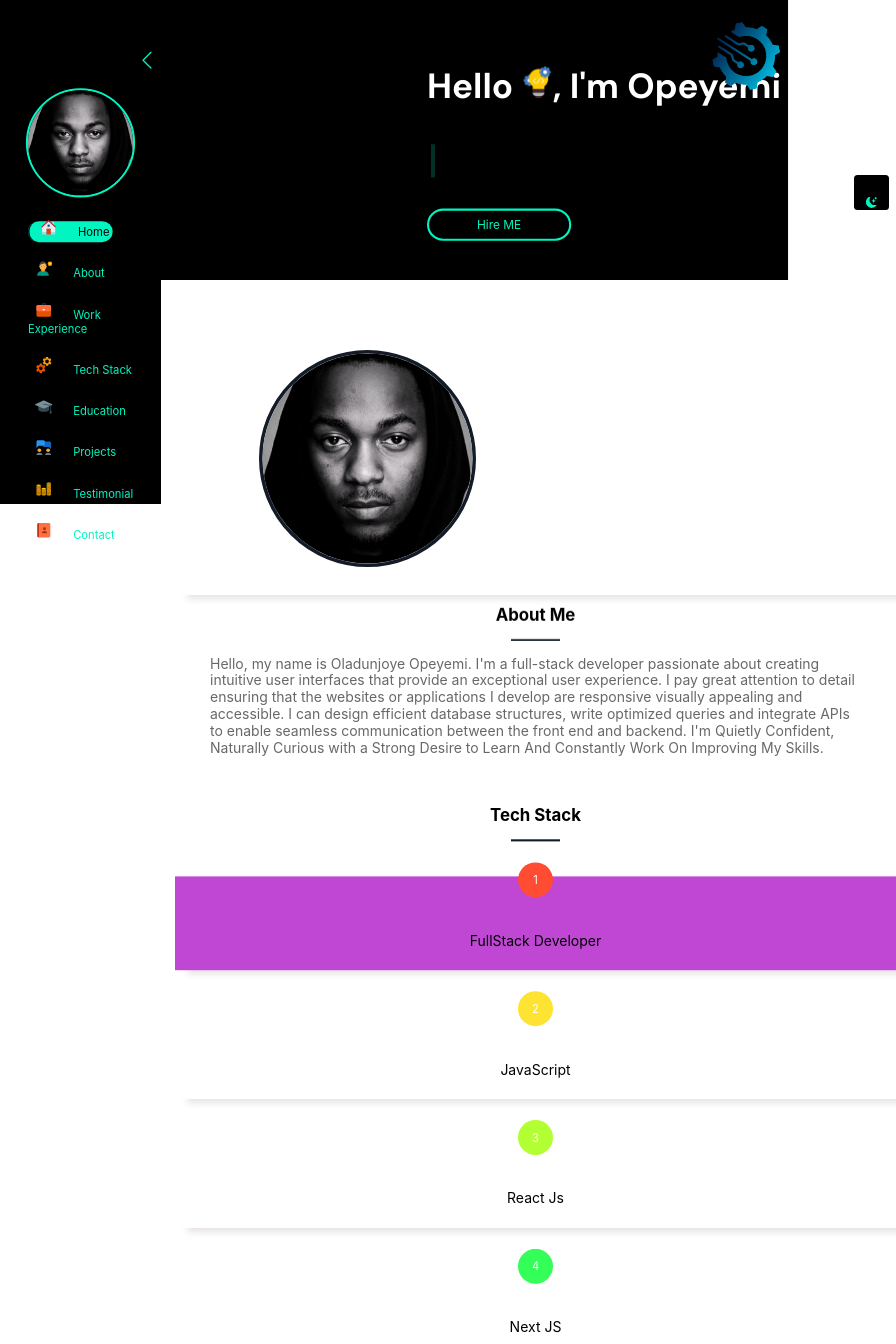
Repository: Laoye99/portfolio
Page: /
These files come from the project's save history. The page is drawn as it stood at one moment and after the next save; the edit follows.
The browser window is 1280 px wide. The pictures show the part of the page from y = 0 to 1920 px (the page is 2977 px tall), at 70% of full size.
The project was rebuilt for these pictures with package versions that can differ from the ones it lists, and the page was loaded fresh each time. Also part of the build but not shown: src/App.css.

Above is the page before, as saved 2024-02-15 13:18:32.

### src/App.js
import './App.css';
import { createContext, useState } from 'react';
import ScrollToTop from 'react-scroll-to-top';
import Navbar from './components/SideNav/Navbar';
import Sidebar from './components/SideNav/Sidebar';
import About from './components/About/About';
import TechStack from './components/TechStack/TechStack';

export const ThemeContext = createContext(null);

const App = () => {
  const [theme, setTheme] = useState("light");

  const changeTheme = () => {
    setTheme((prev) => (prev === "light" ? "dark" : "light"));
  };
  return (
    <ThemeContext.Provider value={{ theme, changeTheme }}>
    <div id={theme}>
    <Navbar/>
    <Sidebar changeTheme={changeTheme} theme={theme}/>
    <About/>
    <TechStack/>
    </div>
    <ScrollToTop
    top="200"
    smooth
    height="20"
    width="20"
    color="#00f5c0"
    style={{ borderRadius: "90px ", backgroundColor: "#000000" }}
    />
    </ThemeContext.Provider>
  );
}

export default App;

### src/components/SideNav/Navbar.js
import { useState } from "react";
import "./Navbar.css";
import {GiHamburgerMenu} from "react-icons/gi";
import { Link } from "react-scroll";
import {
    FcHome,
    FcBriefcase,
    FcContacts,
    FcServices,
    FcCollaboration,
    FcPortraitMode } from "react-icons/fc";
import {FaUser} from "react-icons/fa";

const Navbar = () => {
    const [open, setOpen] = useState(false);

    const handleClick = () => {
        setOpen(!open);
    };
    return(
        <div className="navbar">
        <div className="navbar-header">
        <p>
        <GiHamburgerMenu size={25} onClick={handleClick} />
        </p>
        </div>
        {open ? (
        <div className="nav">
        <ul>
        <li className="nav-item">
        <Link
        to="home"
        spy={true}
        smooth={true}
        duration={100}
        offset={-100}
        >
        <FcHome size={25}/>
        Home
        </Link>
        </li>
        <li className="nav-item">
        <Link
        to="about"
        spy={true}
        smooth={true}
        duration={100}
        offset={-100}
        >
        <FcPortraitMode size={25}/>
        About
        </Link>
        </li>
        <li className="nav-item">
        <Link
        to="project"
        spy={true}
        smooth={true}
        duration={100}
        offset={-100}
        >
        <FcBriefcase  size={25}/>
        Work Experience
        </Link>
        </li>
        <li className="nav-item">
        <Link
        to="stack"
        spy={true}
        smooth={true}
        duration={100}
        offset={-100}
        >
        <FcServices  size={25} />
        Tech Stack
        </Link>
        </li>
        <li className="nav-item">
        <Link
        to="project"
        spy={true}
        smooth={true}
        duration={100}
        offset={-100}
        >
        <FcCollaboration   size={25} />
        Projects
        </Link>
        </li>
        <li className="nav-item">
        <Link
        to="contact"
        spy={true}
        smooth={true}
        duration={100}
        offset={-100}
        >
        <FcContacts size={25}/>
        Contact
        </Link>
        </li>
        </ul>
        </div>
        ) : null}
        </div>
    );
};

export default Navbar;

### src/components/SideNav/Sidebar.js
import { useState } from "react";
import { BsChevronLeft, BsChevronRight } from "react-icons/bs";
import "./Sidebar.css";
import SidebarList from "./SidebarList";
import Home from "../Home/Home";


const Sidebar = ({ theme,changeTheme }) => {
    const [expandSidebar, setExpandSidebar] = useState(true);

    const handleExpandClick = () => {
        setExpandSidebar(!expandSidebar);
    };
    return(
        <div className="container-fluid sidebar-section">
        <div className={expandSidebar ? "sidebar-expand sidebar" : "sidebar"}>
        <div className="icon-sidebar">
        <p onClick={handleExpandClick}>
        {expandSidebar ? (
            <BsChevronLeft size={30} color="#00f5c0"/>
            ) : (
        <BsChevronRight size={30} color="#00f5c0"/>
            )}
        </p>
        </div>
        <SidebarList expandSidebar={expandSidebar} />
        </div>
        <div className="container-fluid">
          <Home changeTheme = {changeTheme} theme = {theme}/>
        </div>

        </div>
    );
};

export default Sidebar;

### src/components/About/About.js
import React from "react";
import ProfilePic from "../../Image/Screenshot (29).png";
import {Fade} from "react-awesome-reveal";
import {Flip} from "react-awesome-reveal";
import './About.css';
const About = () => {
    return(
        <div className="container about-section" id="about">
    <div className="row">
      <Fade bottom>
        <div className="col-xl-6 col-lg-6 col-md-12 col-sm-12">
          <div className="about-image">
            <img src={ProfilePic} alt="Profile" />
          </div>
        </div>
      </Fade>
      <div className="col-xl-6 col-lg-6 col-md-12 col-sm-12">
        <div className="about-details">
          <Flip left>
            <div className="about-title">
              <h2>About Me</h2>
              <span className="line"></span>
            </div>
          </Flip>

          <Fade right>
            <p className="description">
              Hello, my name is Oladunjoye Opeyemi. I'm a full-stack developer
              passionate about creating intuitive user interfaces that provide
              an exceptional user experience. I pay great attention to detail
              ensuring that the websites or applications I develop are responsive
              visually appealing and accessible. I can design efficient database
              structures, write optimized queries and integrate APIs to enable
              seamless communication between the front end and backend.
              I'm Quietly Confident, Naturally Curious with a Strong Desire to
              Learn And Constantly Work On Improving My Skills.
            </p>
          </Fade>
        </div>
      </div>
    </div>
  </div>
    )
};

export default About;

### src/components/TechStack/TechStack.js
import React, { useState } from "react";
import "./TechStack.css";
import { Fade } from "react-awesome-reveal";
import { Zoom } from "react-awesome-reveal";


const TechStack = () => {
    const data = [
        {
          name: "FullStack Developer",
        },

        {
          name: "JavaScript",
        },
        {
          name: "React Js",
        },
        {
          name: "Next JS",
        },
        {
          name: "CSS",
        },
        {
          name: "HTML5",
        },
        {
          name: "BootStrap",
        },
        {
          name: "TailwindCSS",
        },
        {
          name: "React Native",
        },
        {
          name: "Vanilla JS",
        },
        {
          name: "SCSS",
        },
        {
          name: "Git",
        },
        {
          name: "GitHub",
        },
        {
          name: "Java",
        },
        {
          name: "Springboot",
        },
        {
          name: "Servlet",
        },
        {
          name: "Maven",
        },
        {
          name: "Eclipse IDE",
        },
        {
            name: "IntelliJ IDE",
        },
        {
            name: "MySQL",
        },
        {
            name: "Postman",
        },
        {
            name: "MySQL",
        },
        {
            name: "Tomcat",
        },
      ];

      const colors = [
        "#FF4C33",
        "#FFE333",
        "#B2FF33",
        "#33FF58",
        "#33FFC1",
        "#33CAFF",
        "#3355FF",
        "#9333FF",
        "#F033FF",
        "#FF33C4",
        "#FF3386",
        "#FF334C",
        "#33FF42",
        "#FF3633",
        "#9C33FF",
        "#33FFF6",
        "#33FF58",
        "#FF33C4",
        "#034694",
        "#5A0394",
        "#940303",
        "#944403",
        "#449403",
        "#03945C"
      ];

      const [showMoreTechStack, setMoreTechStack] = useState(9);

      const loadMore = () => {
        setMoreTechStack((prev) => prev + 3);
      };
      return (
        <div className="container techstack-section" id="stack">
      <div className="section-title">
        <h2>Tech Stack</h2>
        <span className="line"></span>
      </div>

      <div className="row">
        {data.slice(0, showMoreTechStack).map((item, index) => (
          <Fade right>
            <div className="col-xl-4 col-lg-4 col-md-6 col-sm-12" key={index}>
              <div
                className={
                  index === 0
                    ? "tech-content-marked tech-content"
                    : "tech-content"
                }
              >
                <span
                  className="tech-number"
                  style={{ backgroundColor: colors[index] }}
                >
                  {index + 1}
                </span>
                <p>{item.name}</p>
              </div>
            </div>
          </Fade>
        ))}
      </div>

      {showMoreTechStack >= data.length ? null : (
        <Zoom>
          <span className="load-more" onClick={loadMore}>
            Load More
          </span>
        </Zoom>
      )}
    </div>
      );
};

export default TechStack;

### src/components/SideNav/Navbar.css
.navbar {
    position: sticky;
    top: 0;
    z-index: 1;
  }

  .navbar-header {
    width: 100%;
    background-color: #00f5c0;
    color: #000000;
    padding: 5px;
  }

  .navbar-header p svg {
    margin-left: 10px;
    cursor: pointer;
    margin-top: 20px;
    margin-right: 5px;
  }

  .nav {
    height: auto;
    width: 210px;
    background-color: #000000;
    margin-top: 30px;
    padding-top: 10px;
    padding-bottom: 10px;
  }

  .nav ul li {
    color: #000000;
    list-style-type: none;
    cursor: pointer;
    text-decoration: none;
    margin-top: 30px;
  }

  .nav ul li a {
    text-decoration: none;
    color: #00f5c0;
  }

  .nav-item .active {
    color: #000000;
    background-color: #00f5c0;
    border-radius: 90px;
    padding: 5px;
    width: 100%;
  }

  @media (min-width: 1000px) {
    .navbar {
      display: none;
    }
  }

### src/components/SideNav/Sidebar.css
.sidebar-section {
    display: flex;
    /* background-color: #030303da; */
  }

  .sidebar {
    height: 100vh;
    background-color: #000000;
    width: 95px;
    position: fixed;
  }

  .sidebar-expand {
    width: 230px;
  }

  .container-fluid {
    padding-left: 0px !important;
    padding-right: 0px !important;
    overflow: hidden;
  }

  .icon-sidebar {
    display: flex;
    align-items: right;
    justify-content: right;
    cursor: pointer;
  }

  .icon-sidebar p svg {
    background-color: #000000;
    padding: 5px;
    color: #00f5c0;
    border-radius: 5px;
    margin-top: 50px;
  }

  @media (max-width: 1000px) {
    .sidebar {
      display: none;
    }
  }

### src/components/Home/Home.js
import React from 'react';
import Typewriter from 'typewriter-effect';
import { BsFillMoonStarsFill, BsSun } from 'react-icons/bs';
import { Fade } from 'react-awesome-reveal';
import concept from "../../Image/concept.png";
import automation from "../../Image/automation.png";
import "./Home.css";



const Home = ({theme, changeTheme}) => {
    return(
        <div className='container-fluid home' id="home">
        <div  className='theme-change' onClick={changeTheme}>
        {theme === "light" ? (
            <p>
            <BsFillMoonStarsFill />{" "}
            </p>
            ) : (
                <p className='sun-light-icon'>
                <BsSun/>
                </p>
            )}
        </div>

        <div className='container home-content'>
        <Fade right>
        <h1>
        Hello <img alt='vector' src={concept}/>, I'm Opeyemi
        </h1>

        <h2>
        <Typewriter
        options={{
            strings: [
              "Frontend Developer",
              "Backend Developer",
              "Software Engineer",
            ],
            autoStart: true,
            loop: true,
            delay: 5,
          }}
        />
        </h2>
        </Fade>

        <Fade bottom>
        <div className='button-for-action'>
        <div className='hire-me-button'>Hire ME</div>
        </div>
        </Fade>
        <img className='automation' alt='automation' src={automation}/>
        </div>
        </div>
    )

};

export default Home;

### src/components/About/About.css
.about-section {
    box-shadow: 15px 9px 9px -2px rgba(230, 224, 244, 0.86);
    -webkit-box-shadow: 15px 9px 9px -2px rgba(230, 224, 224, 0.86);
    -moz-box-shadow: 15px 9px 9px -2px rgba(230, 224, 224, 0.86);

    margin-top: 50px;
    height: 400px;
    margin-left: 250px;
    padding: 0px 50px;
  }

  #dark .about-section {
    box-shadow: none;
    background-color: #17202a;
    box-shadow: -6px 11px 5px -4px rgba(0, 0, 0, 0.42);
    -webkit-box-shadow: -6px 11px 5px -4px rgba(0, 0, 0, 0.42);
    -moz-box-shadow: -6px 11px 5px -4px rgba(0, 0, 0, 0.42);
  }

  .about-image img {
    height: 300px;
    width: 300px;
    border-radius: 190px;
    margin-top: 50px;
    margin-left: 70px;
    border: 5px solid #121b27;
    object-fit: cover;
  }

  #dark .about-image img {
    border: 5px solid #ffffff;
  }

  .about-details {
    margin-top: 50px;
  }

  .about-title h2 {
    text-align: center;
  }
  .description {
    font-size: 20px;
    color: #686868;
  }

  #dark .description {
    color: #ffffff;
  }

  .line {
    display: block;
    width: 70px;
    height: 3px;
    margin: 1px auto;
    background-color: #121b27;
  }

  #dark .line {
    background-color: #ffffff;
  }

  @media (max-width: 1000px) {
    .about-image {
      display: none;
    }
    .about-section {
      margin: 50px auto;
      height: auto;
    }
  }

### src/components/TechStack/TechStack.css
.techstack-section {
    margin-top: 300px;
    height: auto;
    margin-bottom: 40px;
    margin-left: 250px;
  }

  .section-title h2 {
    text-align: center;
  }

  .tech-content {
    padding: 10px;
    color: #000;
    margin-top: 50px;
    box-shadow: 15px 9px 9px -2px rgba(230, 224, 244, 0.86);
    -webkit-box-shadow: 15px 9px 9px -2px rgba(230, 224, 224, 0.86);
    -moz-box-shadow: 15px 9px 9px -2px rgba(230, 224, 224, 0.86);
  }

  #dark .tech-content {
    background-color: #03945c;
    color: #ffffff;
    box-shadow: -6px 11px 5px -4px rgba(0, 0, 0, 0.42);
    -webkit-box-shadow: -6px 11px 5px -4px rgba(0, 0, 0, 0.42);
    -moz-box-shadow: -6px 11px 5px -4px rgba(0, 0, 0, 0.42);
  }

  #dark .tech-content:hover {
    background-color: #121b27;
    transition-duration: 1s;
  }

  .tech-content-marked {
    background-color: rgba(189, 59, 210, 0.94);
  }

  .tech-content p {
    text-align: center;
    padding-top: 30px;
    font-size: 20px;
  }

  .tech-content:hover {
    background-color: #121b27;
    color: #fff;
    cursor: pointer;
    transition-duration: 1s;

    box-shadow: -6px 11px 5px -4px rgba(0, 0, 0, 0.42);
    -webkit-box-shadow: -6px 11px 5px -4px rgba(0, 0, 0, 0.42);
    -moz-box-shadow: -6px 11px 5px -4px rgba(0, 0, 0, 0.42);
  }

  .tech-number {
    border-radius: 90px;
    height: 50px;
    width: 50px;
    color: #fff;
    text-align: center;
    align-items: center;
    justify-content: center;
    display: block;
    margin: 0 auto;
    margin-top: -30px;
    line-height: 50px;
  }

  .load-more {
    background-color: #121b27;
    width: 150px;
    padding: 10px;
    color: #ffffff;
    text-align: center;
    justify-content: center;
    cursor: pointer;
    display: table;
    margin-left: auto;
    margin-right: auto;
    margin-top: 35px;
    border-radius: 5px;
    margin-bottom: 40px;
    font-size: 20px;
  }

  #dark .load-more {
    background-color: #17202a;
  }

  .load-more:hover {
    background-color: rgba(189, 59, 210, 0.94);
    transition-duration: 1s;
  }
  #dark .load-more:hover {
    background-color: #121b27;
    transition-duration: 1s;
  }

  @media (max-width: 1000px) {
    .techstack-section {
      margin: 50px auto;
    }
  }

### src/components/SideNav/SidebarList.css
.sidebar-profile-pic img {
    border-radius: 90px;
    margin-top: 10px;
    height: 150px;
    width: 150px;
    display: flex;
    vertical-align: middle;
    margin: 0 auto;
    object-fit: cover;
    border: 3px solid #00f5c0;
  }

  .navbar-items ul li {
    color: #00f5c0;
    list-style-type: none;
    cursor: pointer;
    margin-top: 30px;
  }

  .navbar-items ul li svg {
    margin-right: 25px;
    margin-left: 10px;
  }

  .navbar-items-only-icons ul li {
    margin-top: 30px;
    cursor: pointer;
    list-style-type: none;
  }

  .navbar-items-only-icons ul li svg {
    margin-left: 10px;
  }

  .navbar-items ul li a {
    text-decoration: none;
  }
  .nav-item .active {
    border-left: 2px solid #000000;
    color: #000000;
  }

### src/components/Home/Home.css
@import url("https://fonts.googleapis.com/css2?family=DM+Sans:wght@700&display=swap");

.home {
  height: 400px;
  background-color: #000000;
  color: #00f5c0;

}

.home-content {
  padding: 10px;
  margin-top: 30px;
  margin-left: 600px;
  padding-right: ;
  position: relative;
}
/* rgba(189, 59, 210, 0.94) */

.home-content h1 {
  font-family: DM Sans;
  font-size: 50px;
  font-weight: 700;
  line-height: 6.2rem;
  color: #ffffff;
}

.home-content h1 img {
  width: 45px;
}

.home-content h2 {
  margin-top: 20px;
  color: #00f5c0;
  font-size: 40px;
}

.button-for-action {
  display: flex;
}

.hire-me-button {
  background-color: #000000;
  text-align: center;
  width: 180px;
  padding: 10px;
  border-radius: 90px;
  border: 3px solid #00f5c0;
  cursor: pointer;
  margin-top: 10px;
  font-size: 17px;
}

.hire-me-button:hover {
  background-color: #ffffff;
  width: 250px;
  color: #000;
  transition-duration: 1s;
  font-size: 20px;
}
.get-resume-button {
  background-color: #121b27;
  text-align: center;
  width: 180px;
  padding: 10px;
  border-radius: 90px;
  border: 3px solid #5404ff;
  cursor: pointer;
  margin-top: 10px;
  margin-left: 10px;
  font-size: 17px;
}

.get-resume-button:hover {
  background-color: #ffffff;
  width: 250px;
  color: #000;
  transition-duration: 1s;
  font-size: 20px;
}

.get-resume-button a {
  text-decoration: none;
}

.automation {
  position: absolute;
  top: 0;
  right: 10px;
  height: 100px;
  animation: rotation infinite 5s linear;
}

@media (max-width: 450px) {
  .automation {
    bottom: 0;
  }
}

.theme-change {
  justify-content: center;
  height: 50px;
  width: 50px;
  background-color: #000000;
  right: 0;
  margin-right: 10px;
  text-align: center;
  vertical-align: middle;
  line-height: 50px;
  position: fixed;
  top: 150;
  margin-top: 250px;
  border-radius: 5px;
  cursor: pointer;
  z-index: 1;
}

.sun-light-icon {
  animation: rotation infinite 5s linear;
}

@keyframes rotation {
  from {
    transform: rotate(0deg);
  }

  to {
    transform: rotate(360deg);
  }
}
@media (max-width: 1000px) {
  .home-content {
    margin: 30px auto;
  }
}

Loaded but not shown: public/index.html (common file); src/index.js (common file); src/index.css (common file); src/reportWebVitals.js (common file); src/components/SideNav/SidebarList.js (185 lines, source omitted)

After the next save:
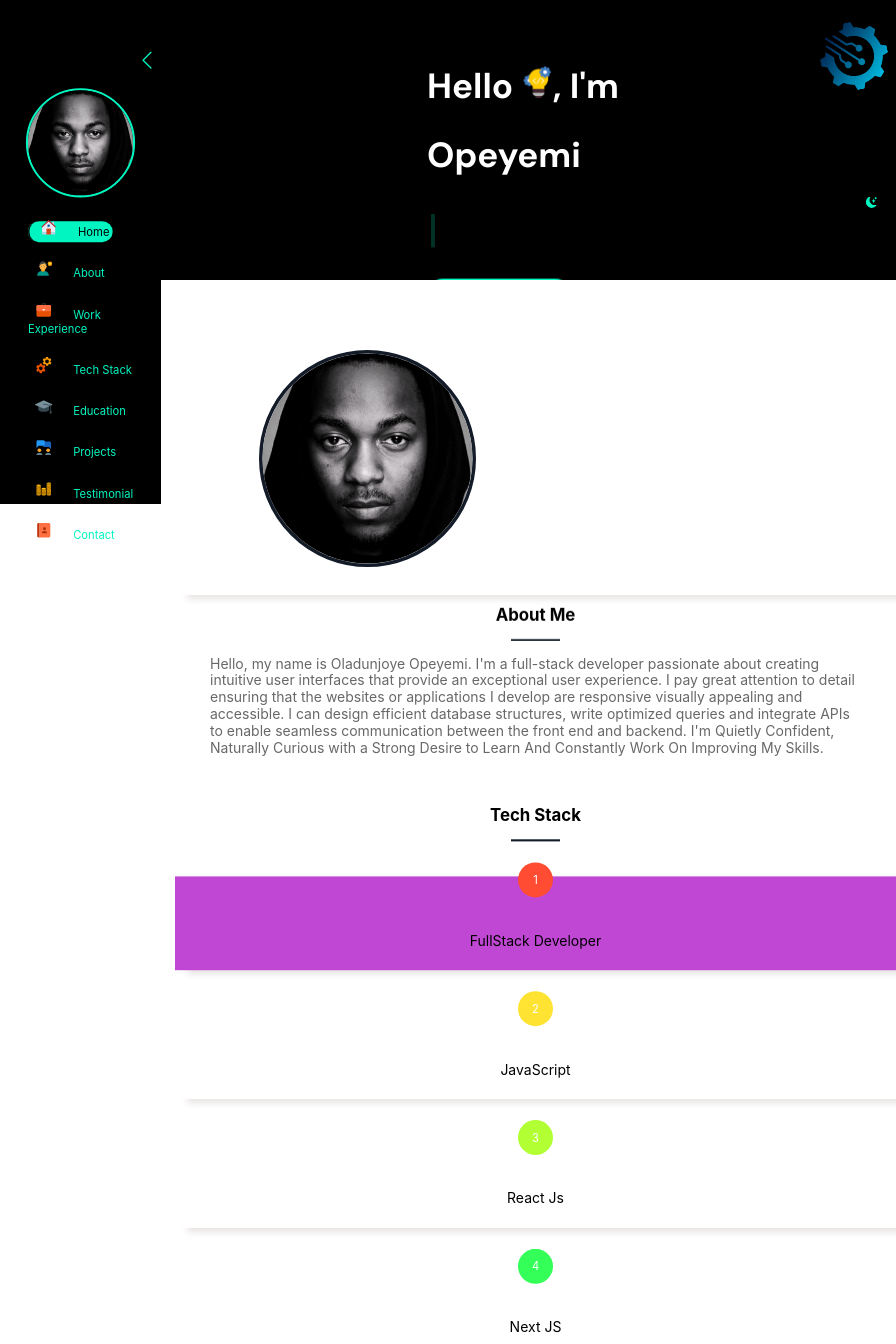
Saved 8 s later.
--- a/src/components/Home/Home.css
+++ b/src/components/Home/Home.css
@@ -11,7 +11,7 @@
   padding: 10px;
   margin-top: 30px;
   margin-left: 600px;
-  padding-right: ;
+  padding-right: 200px;
   position: relative;
 }
 /* rgba(189, 59, 210, 0.94) */

After the save that followed:
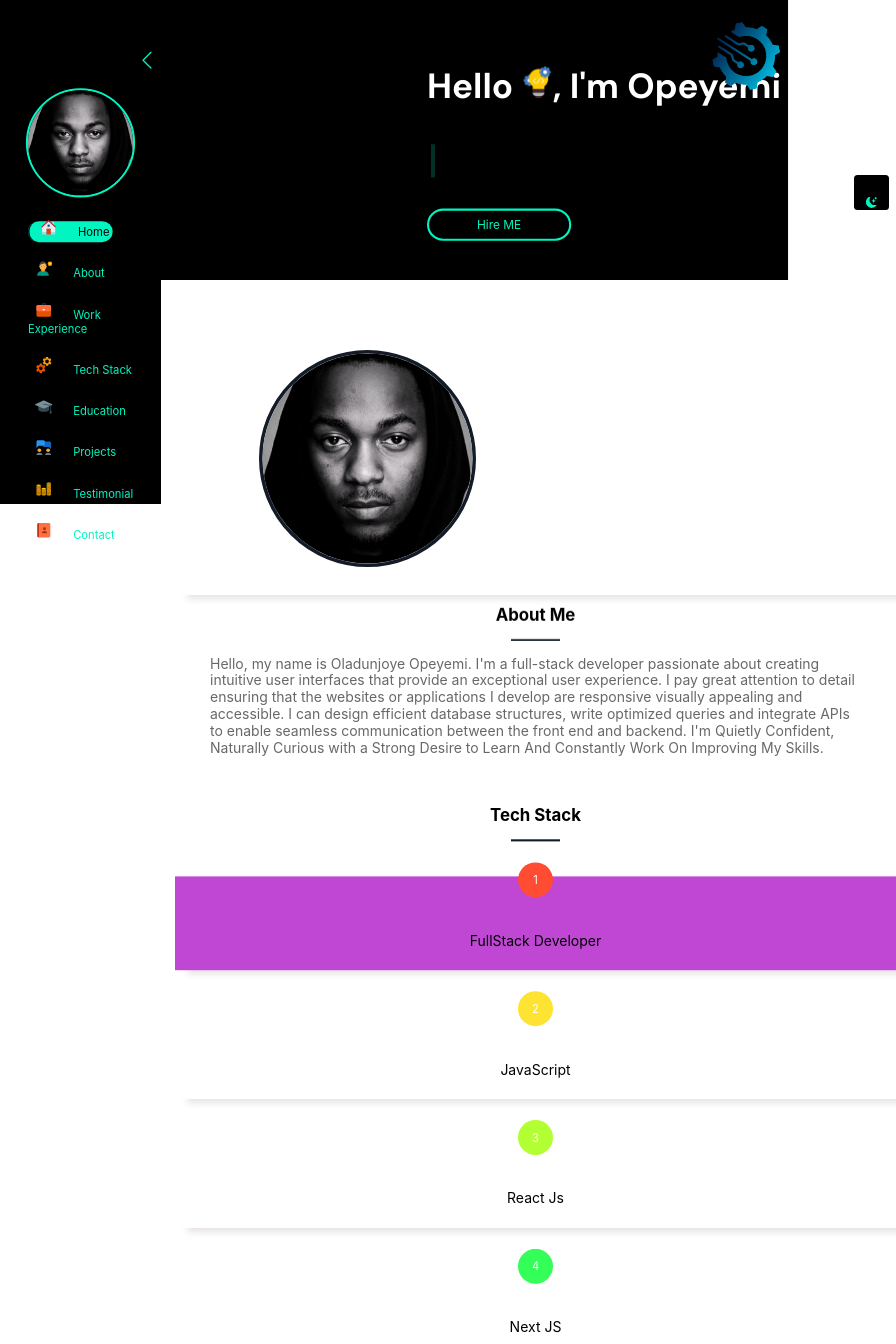
Saved 19 s later.
--- a/src/components/Home/Home.css
+++ b/src/components/Home/Home.css
@@ -11,7 +11,7 @@
   padding: 10px;
   margin-top: 30px;
   margin-left: 600px;
-  padding-right: 200px;
+  padding-right: auto;
   position: relative;
 }
 /* rgba(189, 59, 210, 0.94) */
